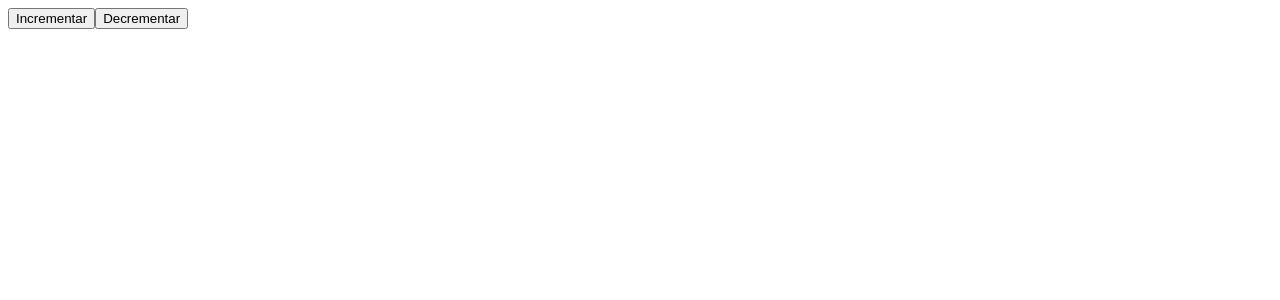
Repository: crdpc/dsdeliver
Page: /orders (app in front-web/)
An editor plug-in stored every save of this project. The page is shown before and after the next save, followed by the edit.
The browser window is 1280 px wide. The pictures show the whole page.
The project was rebuilt for these pictures with package versions that can differ from the ones it lists, and the page was loaded fresh each time. Also part of the build but not shown: front-web/src/App.css.

Above is the page before, as saved 2021-01-08 22:53:37.

### front-web/src/App.tsx
import './App.css';
import Counter from './Counter';


function App() {
  return (
    <div>
     <Counter />
    </div>
  );
}

export default App;

### front-web/src/Counter.tsx
function Counter () {
    return (
        <div>
            <button>Incrementar</button>
            <button>Decrementar</button>
        </div>
    )
}

export default Counter

Loaded but not shown: front-web/public/index.html (common file); front-web/src/index.tsx (common file)

After the next save:
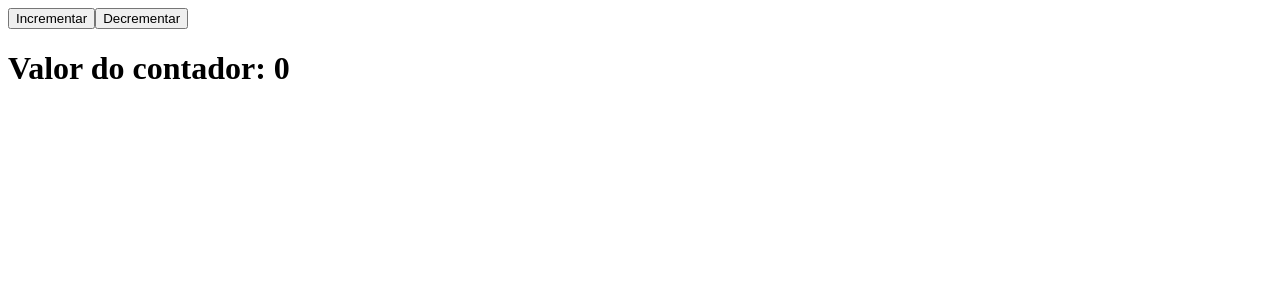
Saved 84 s later.
--- a/front-web/src/Counter.tsx
+++ b/front-web/src/Counter.tsx
@@ -3,6 +3,7 @@
         <div>
             <button>Incrementar</button>
             <button>Decrementar</button>
+            <h1>Valor do contador: 0 </h1>
         </div>
     )
 }
